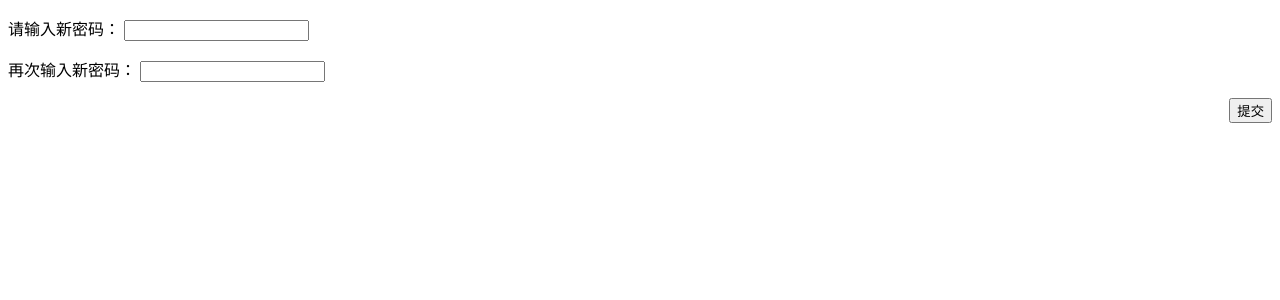
Repository: Cute-abacus/MyfirstJavaApp
Page: http://localhost/RegisterSy/重设密码不相等.jsp
These files come from the project's save history. The page is drawn as it stood at one moment and after the next save; the edit follows.
The browser window is 1280 px wide. The pictures show the whole page.
The page is served by Tomcat 9.

Above is the page before, as saved 2018-06-10 04:10:35.

After the next save:
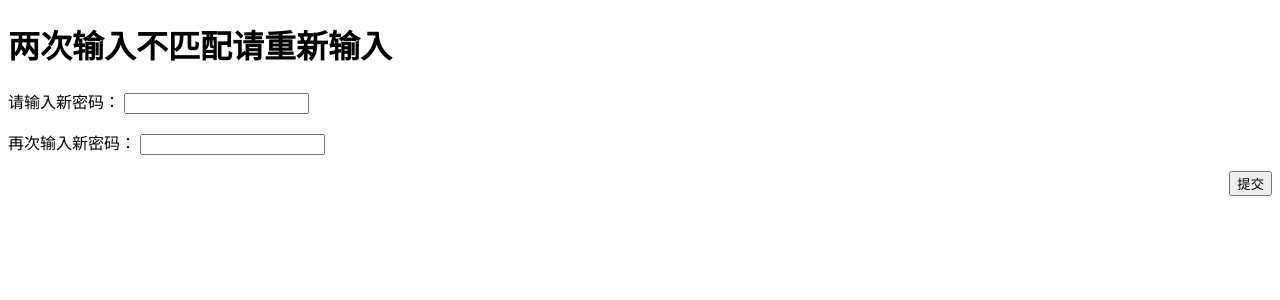
Saved 39 s later.
--- a/Web项目/RegisterSy/WebContent/重设密码不相等.jsp
+++ b/Web项目/RegisterSy/WebContent/重设密码不相等.jsp
@@ -8,6 +8,7 @@
 </head>
 <body>
 	<form id="form1" name="form1" method="post" action="修改密码判定.jsp">
+		<h1>两次输入不匹配请重新输入</h1>
 		<p>
 			请输入新密码： <label for="textfield2"></label> <input type="text"
 				name="user_newcode1" id="textfield2" />
